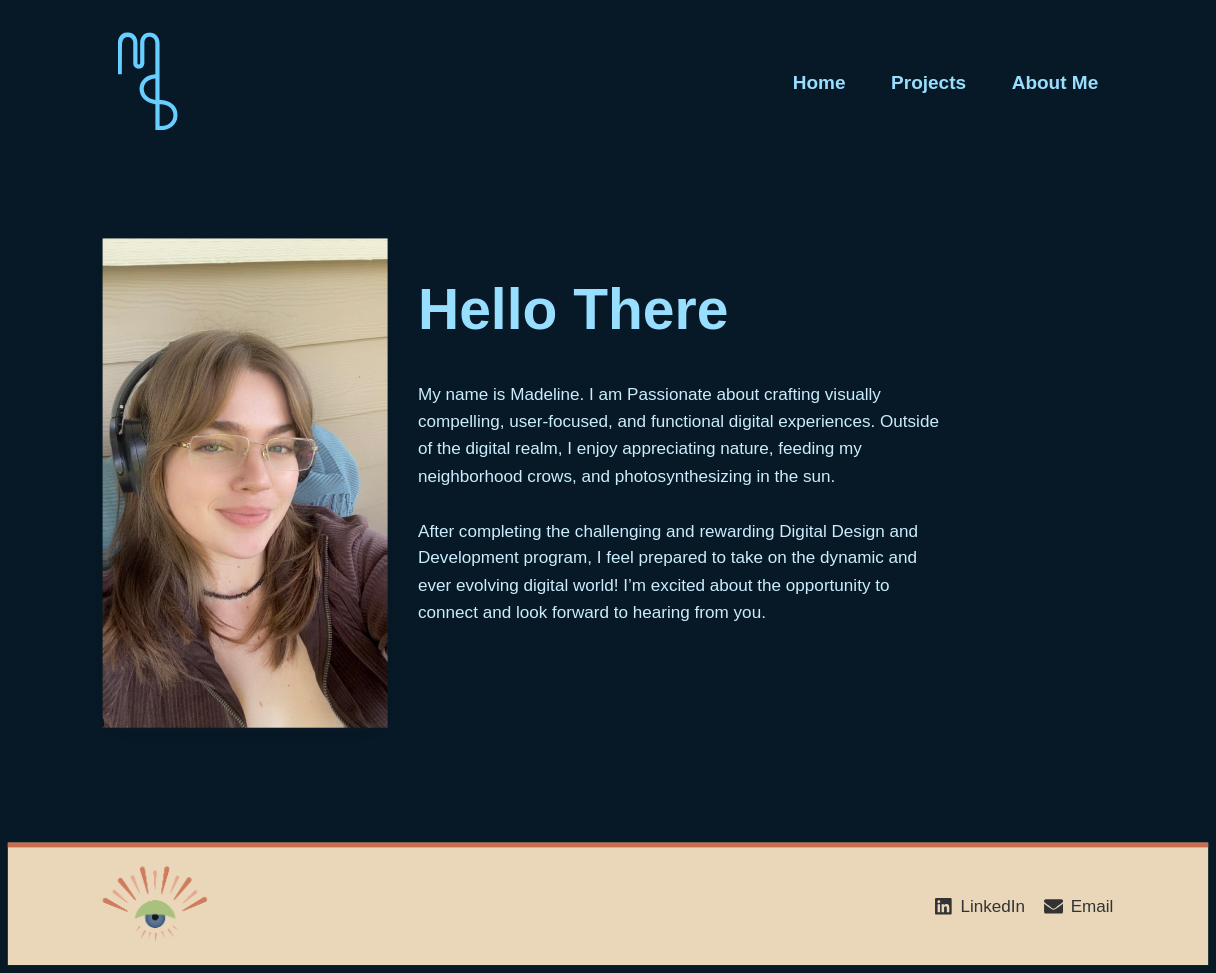
Repository: madelinestruthers/madeline-portfolio-site
Page: /about
The author's editor kept a copy of each file at every save. The page is drawn from the files as they stood at one save, then again after the next save.
The browser window is 1280 px wide. The pictures show the whole page, at 95% of full size.
The project was rebuilt for these pictures with package versions that can differ from the ones it lists, and the page was loaded fresh each time. The framework's server and built-in components were replaced by stand-ins that run in the browser. Also part of the build but not shown: next.config.mjs.

Above is the page before, as saved 2025-02-09 18:38:35.

After the next save:
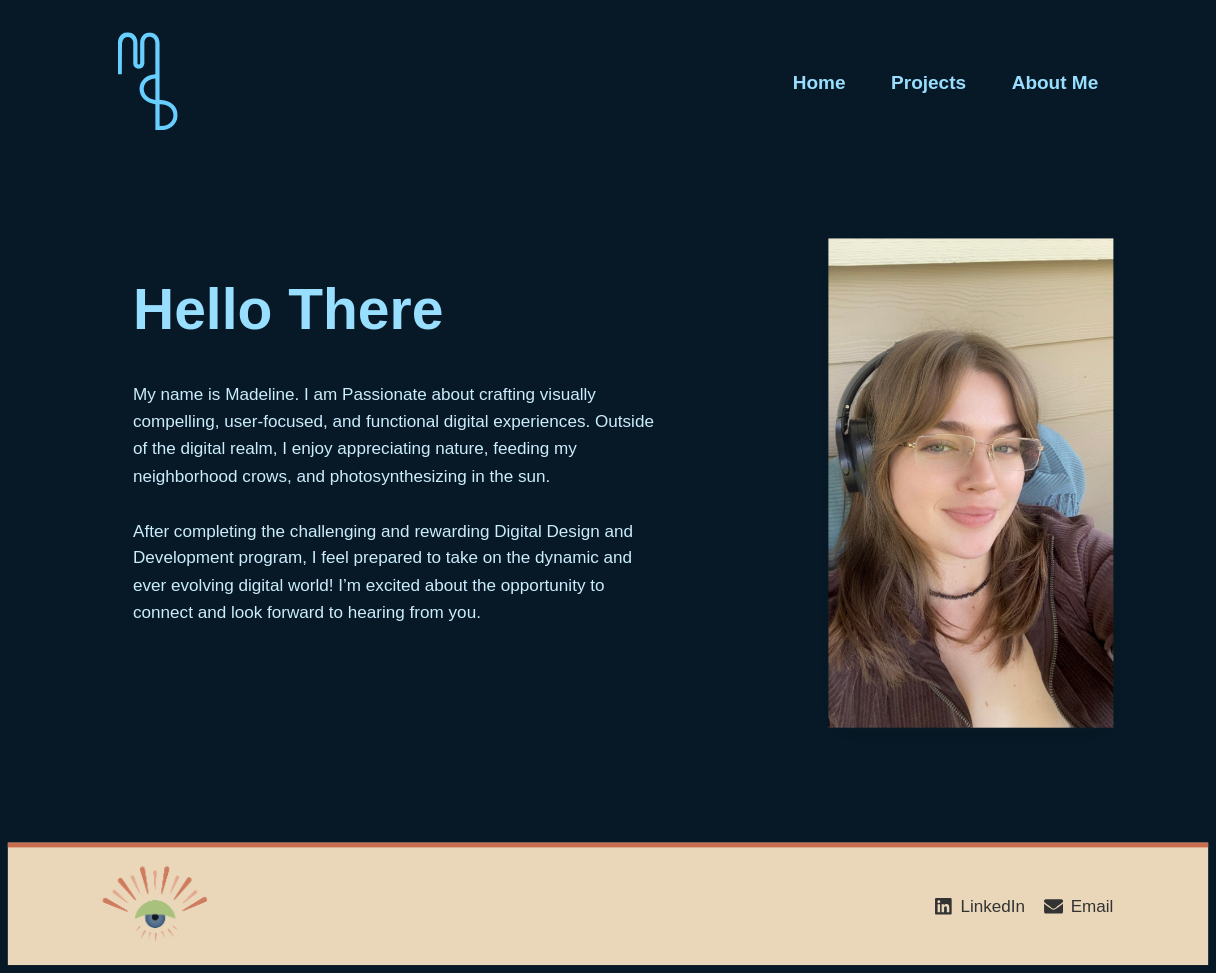
Saved 26 min 36 s later.
--- a/src/pages/about.js
+++ b/src/pages/about.js
@@ -9,6 +9,12 @@
       <NavBar />
       <div className={`${styles.page}`}>
         <main className={styles.container}>
+          <div className={styles.bioContainer}>
+            <h1 className={styles.h1Style}>Hello There</h1>
+            <p className={styles.bio}>
+              My name is Madeline. I am Passionate about crafting visually compelling, user-focused, and functional digital experiences. Outside of the digital realm, I enjoy appreciating nature, feeding my neighborhood crows, and photosynthesizing in the sun. <br/> <br/>After completing the challenging and rewarding Digital Design and Development program, I feel prepared to take on the dynamic and ever evolving digital world! I’m excited about the opportunity to connect and look forward to hearing from you.
+            </p>
+          </div>
           <div className={styles.portrait}>
             <Image
               src="/images/portrait.jpg"
@@ -19,12 +25,6 @@
               priority // Preloads the image for better performance
             />
           </div>
-          <div className={styles.bioContainer}>
-            <h1 className={styles.h1Style}>Hello There</h1>
-            <p className={styles.bio}>
-              My name is Madeline. I am Passionate about crafting visually compelling, user-focused, and functional digital experiences. Outside of the digital realm, I enjoy appreciating nature, feeding my neighborhood crows, and photosynthesizing in the sun. <br/> <br/>After completing the challenging and rewarding Digital Design and Development program, I feel prepared to take on the dynamic and ever evolving digital world! I’m excited about the opportunity to connect and look forward to hearing from you.
-            </p>
-          </div>
         </main>
       </div>
       <Footer />
